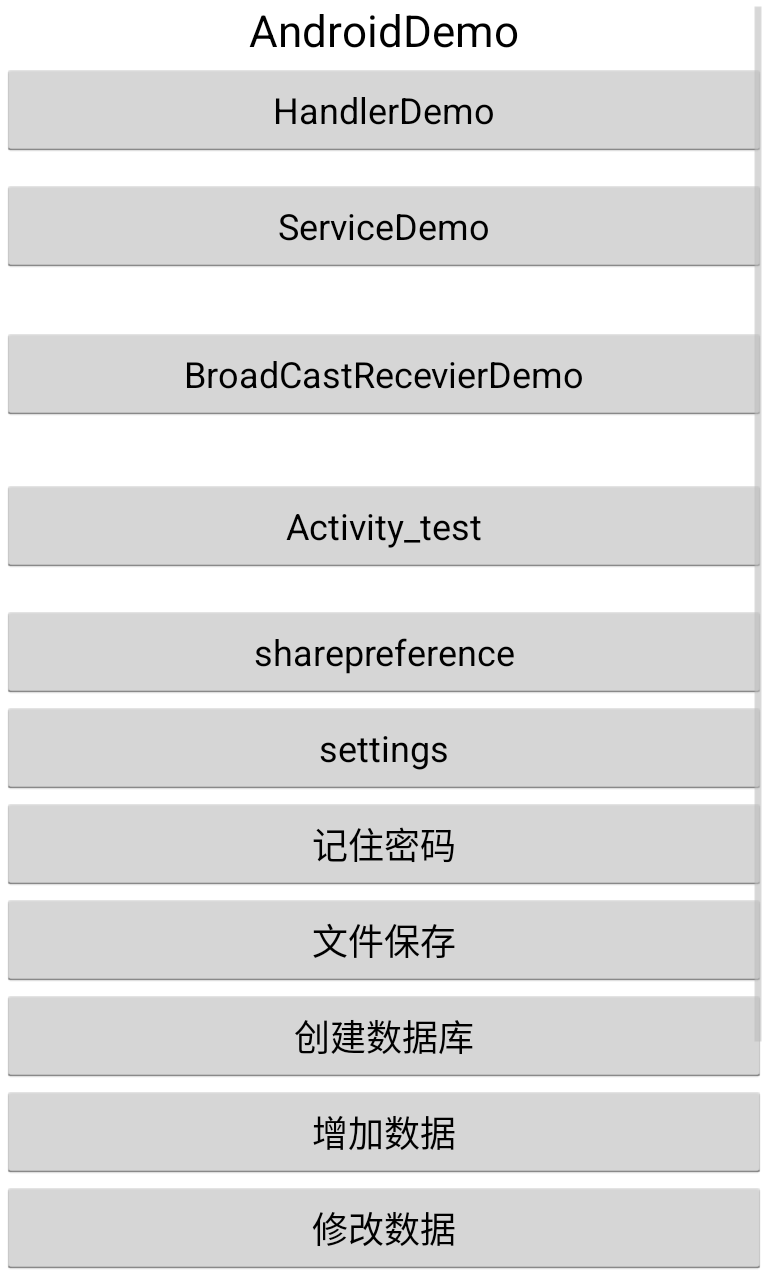
Repository: fengzixu/AndroidLearing
Layout: MyTestPrograme/AndroidDemo/res/layout/activity_main.xml
The author's editor kept a copy of each file at every save. The layout is drawn from the files as they stood at one save, then again after the next save.
It is drawn on a 768 x 1280 px phone screen (xhdpi) without system bars, with theme AppTheme; the app's code is not run.

Above is the layout before, as saved 2015-05-14 01:22:35.

After the next save:
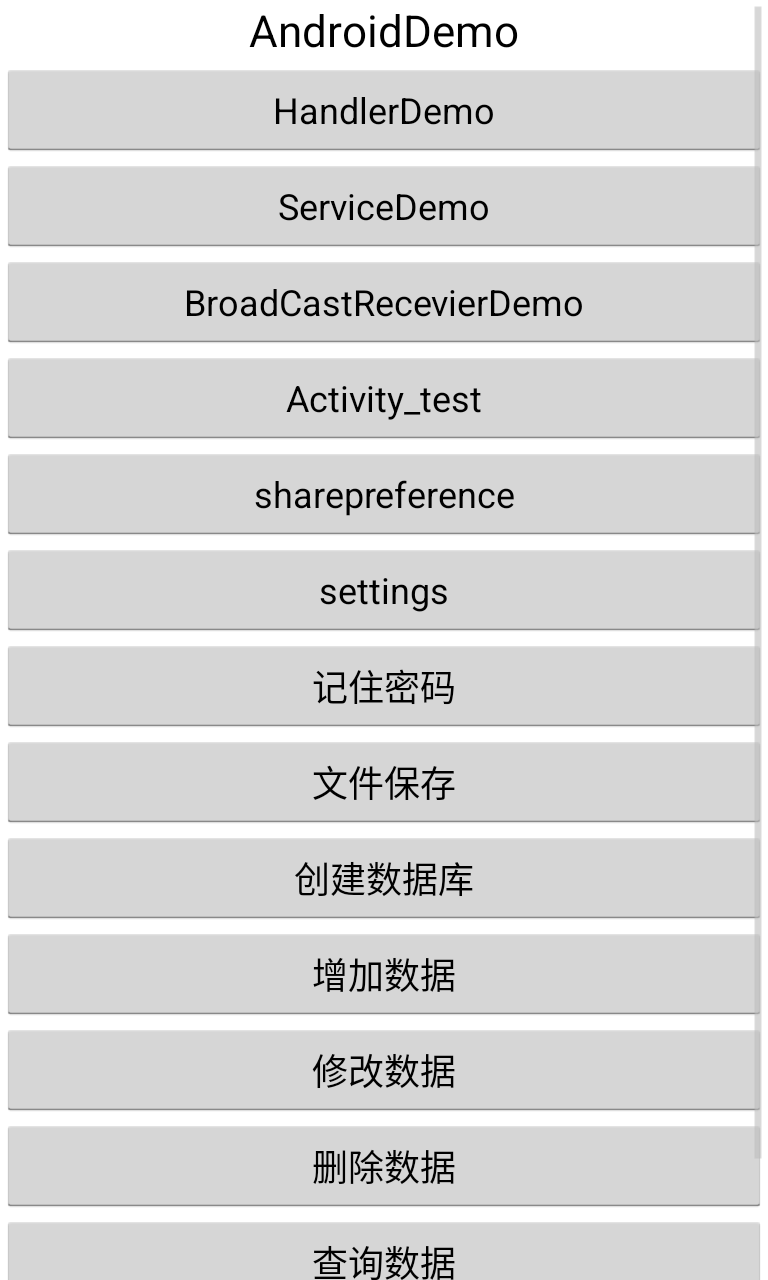
Saved 5 s later.
--- a/MyTestPrograme/AndroidDemo/res/layout/activity_main.xml
+++ b/MyTestPrograme/AndroidDemo/res/layout/activity_main.xml
@@ -24,46 +24,6 @@
             android:layout_marginTop="31dp"
             android:onClick="HandlerDemo"
             android:text="HandlerDemo" />
-
-        <Button
-            android:id="@+id/ServiceDemo"
-            android:layout_width="match_parent"
-            android:layout_height="wrap_content"
-            android:layout_alignParentLeft="true"
-            android:layout_below="@id/HandlerDemo"
-            android:layout_marginTop="10dp"
-            android:onClick="ServiceDemo"
-            android:text="ServiceDemo" />
-
-        <Button
-            android:id="@+id/BroadCastRecevierDemo"
-            android:layout_width="match_parent"
-            android:layout_height="wrap_content"
-            android:layout_alignParentLeft="true"
-            android:layout_below="@+id/ServiceDemo"
-            android:layout_marginTop="26dp"
-            android:onClick="BroadCastRecevierDemo"
-            android:text="BroadCastRecevierDemo" />
-
-        <Button
-            android:id="@+id/Activity_test_button1"
-            android:layout_width="match_parent"
-            android:layout_height="wrap_content"
-            android:layout_below="@+id/BroadCastRecevierDemo"
-            android:layout_centerHorizontal="true"
-            android:layout_marginTop="28dp"
-            android:onClick="Activitytest"
-            android:text="Activity_test" />
-
-        <Button
-            android:id="@+id/sharepreference_button1"
-            android:layout_width="match_parent"
-            android:layout_height="wrap_content"
-            android:layout_alignParentLeft="true"
-            android:layout_below="@+id/BroadCastRecevierDemo"
-            android:layout_marginTop="91dp"
-            android:onClick="sharepreference"
-            android:text="sharepreference" />
 
         <Button
             android:id="@+id/settings_button1"
@@ -145,6 +105,43 @@
             android:layout_centerHorizontal="true"
             android:onClick="ReplaceData"
             android:text="替换数据" />
+
+        <Button
+            android:id="@+id/ServiceDemo"
+            android:layout_width="match_parent"
+            android:layout_height="wrap_content"
+            android:layout_alignParentLeft="true"
+            android:layout_below="@+id/HandlerDemo"
+            android:onClick="ServiceDemo"
+            android:text="ServiceDemo" />
+
+        <Button
+            android:id="@+id/BroadCastRecevierDemo"
+            android:layout_width="match_parent"
+            android:layout_height="wrap_content"
+            android:layout_alignParentLeft="true"
+            android:layout_below="@+id/ServiceDemo"
+            android:onClick="BroadCastRecevierDemo"
+            android:text="BroadCastRecevierDemo" />
+
+        <Button
+            android:id="@+id/Activity_test_button1"
+            android:layout_width="match_parent"
+            android:layout_height="wrap_content"
+            android:layout_alignParentLeft="true"
+            android:layout_below="@+id/BroadCastRecevierDemo"
+            android:onClick="Activitytest"
+            android:text="Activity_test" />
+
+        <Button
+            android:id="@+id/sharepreference_button1"
+            android:layout_width="match_parent"
+            android:layout_height="wrap_content"
+            android:layout_alignParentLeft="true"
+            android:layout_below="@+id/Activity_test_button1"
+            android:onClick="sharepreference"
+            android:text="sharepreference" />
+
     </RelativeLayout>
 
 </ScrollView>
